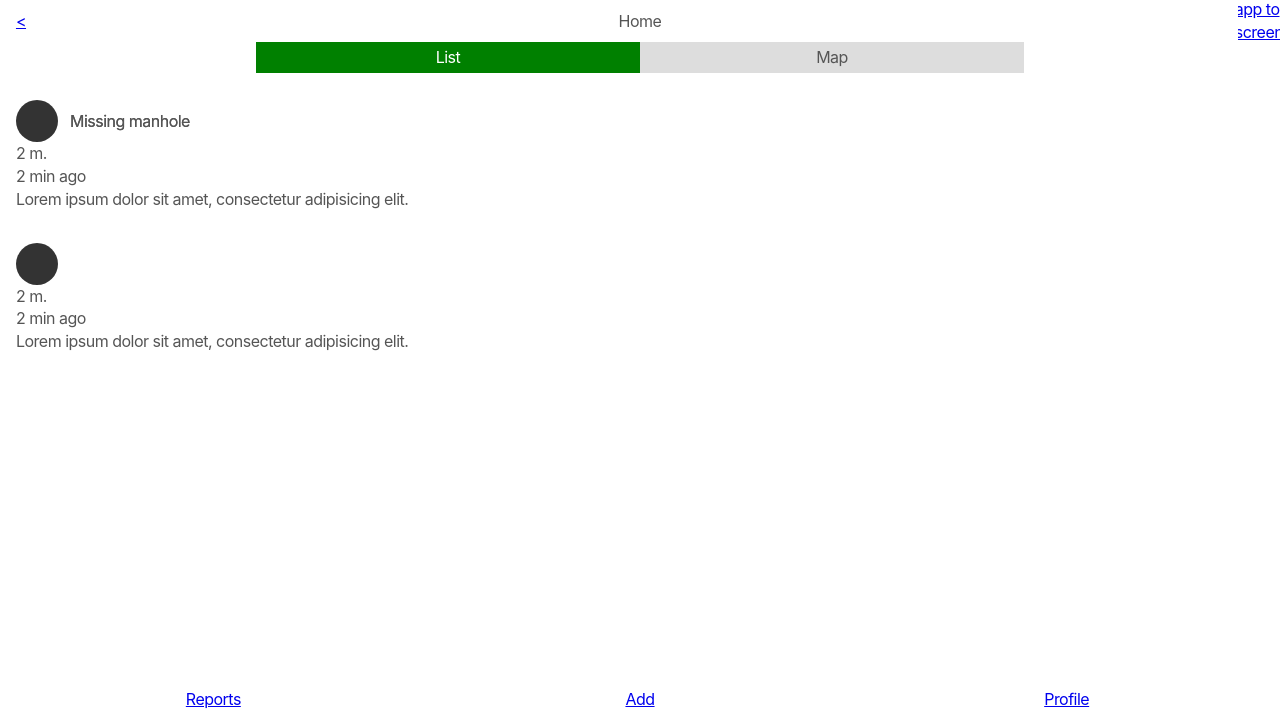
Repository: aleksandrenko/html-css-playground
Page: reports.html
An editor plug-in stored every save of this project. The page is shown before and after a run of saves, followed by the edit.
The browser window is 1280 px wide. The pictures show the whole page.

Above is the page before, as saved 2018-01-19 17:44:05.

After the next 2 saves:
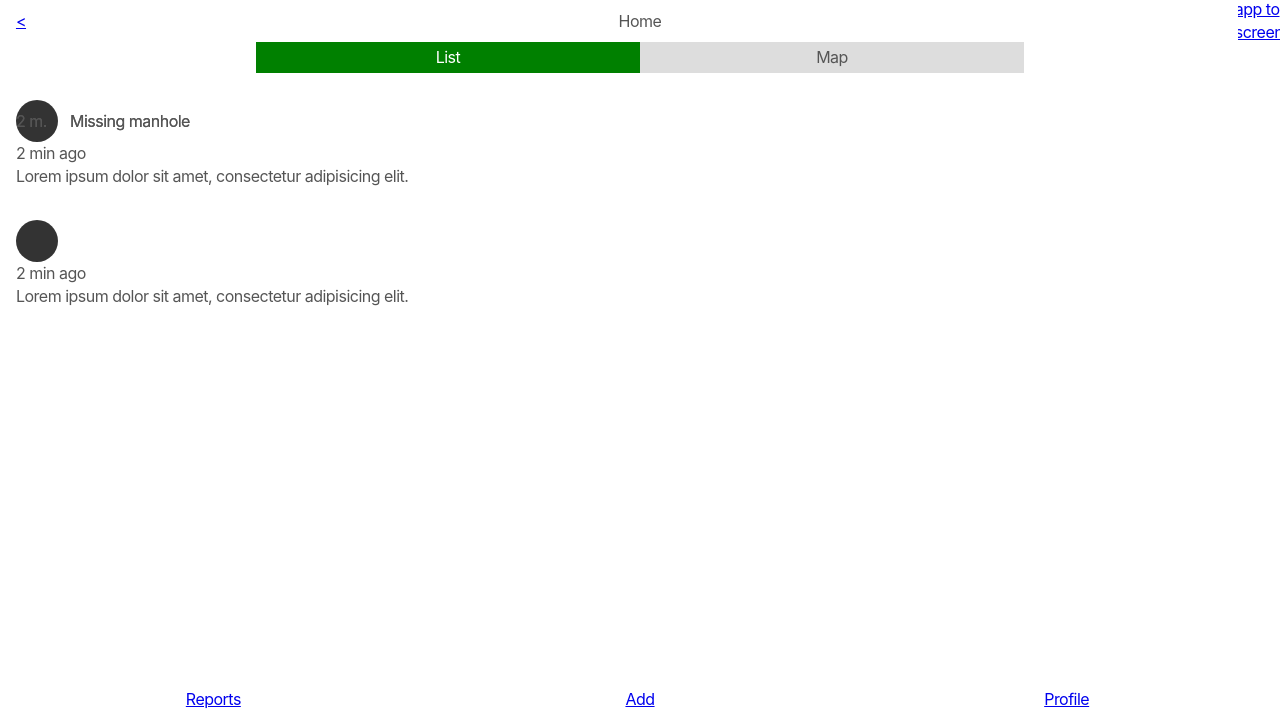
The 2 saves are shown as one change because they came seconds apart.
The last was saved 13 s later.
--- a/css/pages/reports.css
+++ b/css/pages/reports.css
@@ -27,6 +27,9 @@ reports report name {
 }
 
 reports report distance {
+  position: absolute;
+  top: 1rem;
+  line-height: 42px;
 
 }
 
